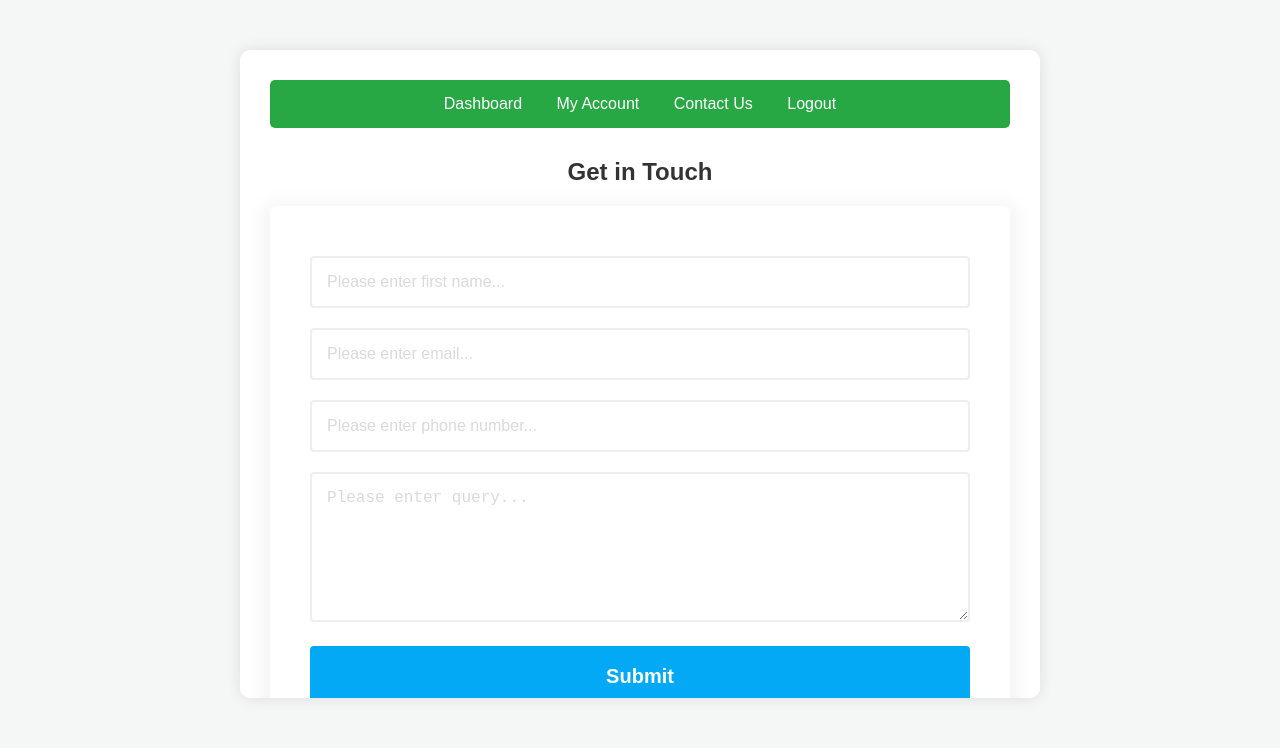
Repository: AmodhyaSharinda/java-CRUD
Page: http://localhost/java_project/contactUs.jsp
These files come from the project's save history. The page is drawn as it stood at one moment and after the next save; the edit follows.
The browser window is 1280 px wide. The pictures show the whole page.
An inner scrolling area shows only its first screen. The page is served by Tomcat 9.

Above is the page before, as saved 2024-10-01 10:18:03.

After the next save:
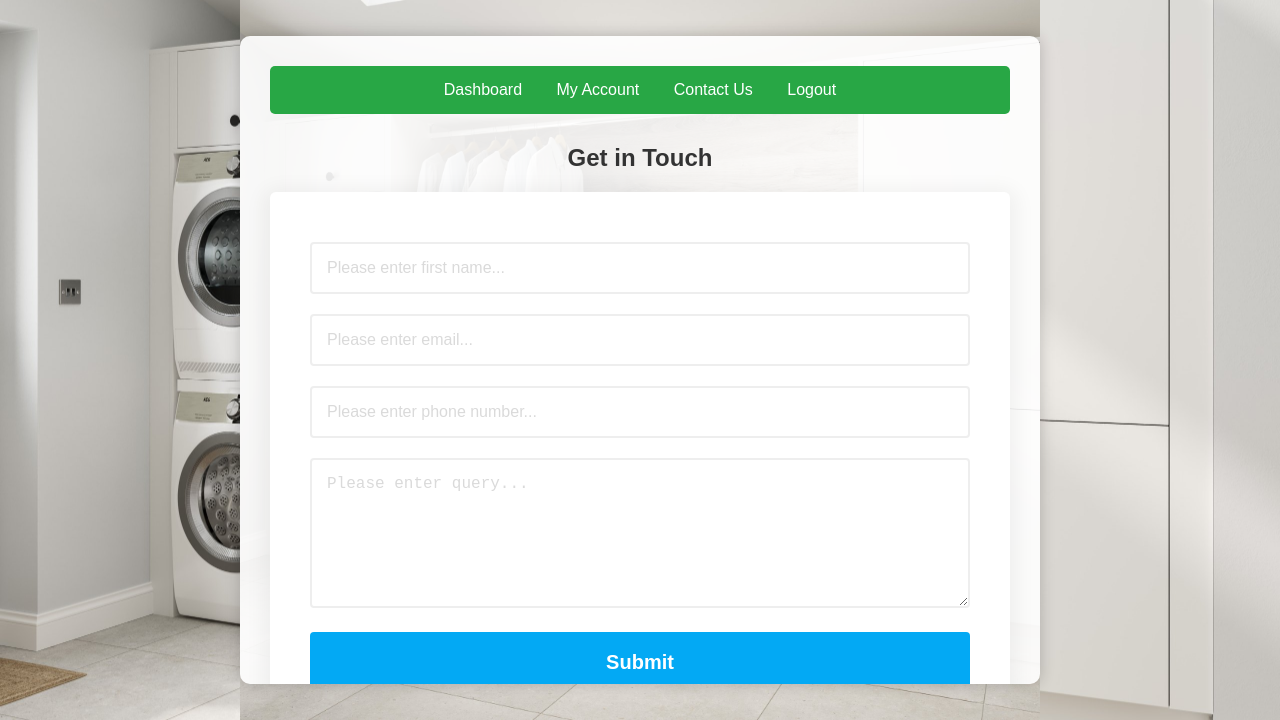
Saved 3 min 44 s later.
--- a/java_project/src/main/webapp/contactUs.jsp
+++ b/java_project/src/main/webapp/contactUs.jsp
@@ -11,17 +11,25 @@
       box-sizing: border-box;
     }
 
-    body {
+    body, html {
+      height: 100%;
+      margin: 0;
       font-family: 'Arial', sans-serif;
-      background: #f4f7f6;
+      background-image: url('back.jpg'); /* Background image */
+      background-size: cover;
+      background-position: center;
+      background-repeat: no-repeat;
+      display: flex; /* Center content */
+      justify-content: center;
+      align-items: center;
     }
 
     .container {
       max-width: 800px; /* Set the same max-width */
-      margin: 50px auto;
-      background: #fff;
+      width: 100%; /* Full width for small screens */
+      background: rgba(255, 255, 255, 0.9); /* Slightly transparent */
       padding: 30px;
-      box-shadow: 0 0 15px rgba(0, 0, 0, 0.1);
+      box-shadow: 0 0 15px rgba(0, 0, 0, 0.2);
       border-radius: 10px;
       overflow-y: auto; /* Enable vertical scrolling */
       max-height: 90vh; /* Limit the maximum height of the container */
